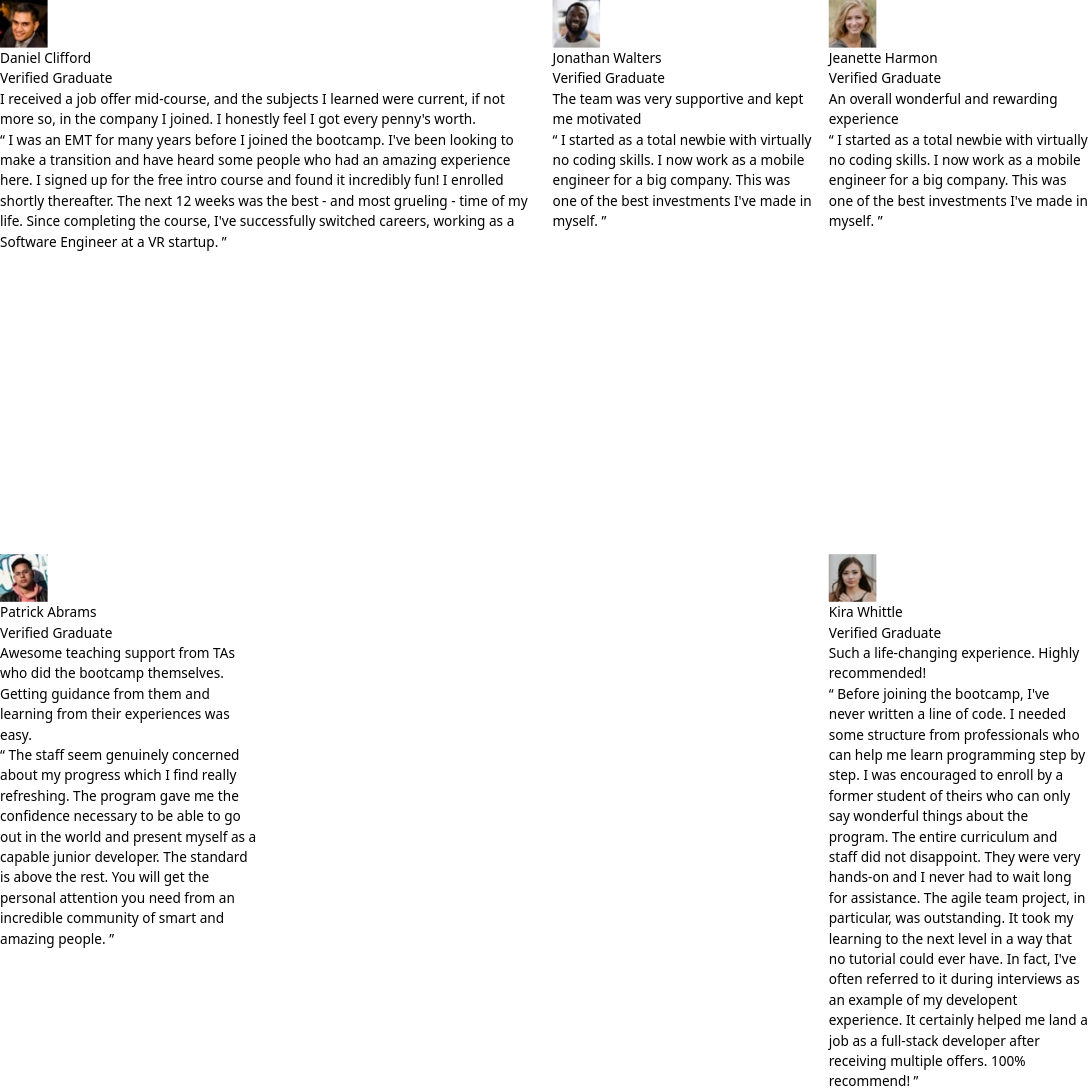
Repository: DiyBookOfLife/ps-FrontendMentor
Page: index.html
These files come from the project's save history. The page is drawn as it stood at one moment and after a run of saves; the edit follows.
The browser window is 1280 px wide. The pictures show the whole page, at 85% of full size.
Some web libraries are served in a nearby version.

Above is the page before, as saved 2026-01-02 13:17:04.

### index.html
<!DOCTYPE html>
<html lang="en">

<head>
  <meta charset="UTF-8">
  <meta name="viewport" content="width=device-width, initial-scale=1.0">
  <!-- displays site properly based on user's device -->

  <link rel="icon" type="image/png" sizes="32x32" href="./images/favicon-32x32.png">

  <title>Frontend Mentor | [Challenge Name Here]</title>

  <link rel="preconnect" href="https://fonts.googleapis.com">
  <link rel="preconnect" href="https://fonts.gstatic.com" crossorigin>
  <link href="https://fonts.googleapis.com/css2?family=Barlow+Semi+Condensed:ital,wght@0,100;0,200;0,300;0,400;0,500;0,600;0,700;0,800;0,900;1,100;1,200;1,300;1,400;1,500;1,600;1,700;1,800;1,900&display=swap" rel="stylesheet">

  <!-- <link rel="stylesheet" href="./styles.css"> -->
  <script src="https://cdn.tailwindcss.com"></script>
</head>

<body>
  <main>
    <section class="grid grid-cols-4 grid-rows-2 gap-[20px]">
      <div class="col-start-1 col-end-3">
        <div class="profile">
          <img src="./images/image-daniel.jpg" alt="picture of daniel">
          <div>
            <div>Daniel Clifford</div>
            <div>Verified Graduate</div>
          </div>
        </div>

        <p>
          I received a job offer mid-course, and the subjects I learned were current, if not more so,
          in the company I joined. I honestly feel I got every penny's worth.
        </p>

        <p>
          “ I was an EMT for many years before I joined the bootcamp. I've been looking to make a
          transition and have heard some people who had an amazing experience here. I signed up
          for the free intro course and found it incredibly fun! I enrolled shortly thereafter.
          The next 12 weeks was the best - and most grueling - time of my life. Since completing
          the course, I've successfully switched careers, working as a Software Engineer at a VR startup. ”
        </p>
      </div>

      <div class="card" id="jonathan_card">
        <div class="profile">
          <img src="./images/image-jonathan.jpg" alt="picture of jonathan">
          <div>
            <div>Jonathan Walters</div>
            <div>Verified Graduate</div>
          </div>
        </div>

        <p>
          The team was very supportive and kept me motivated
        </p>

        <p>
          “ I started as a total newbie with virtually no coding skills. I now work as a mobile engineer
          for a big company. This was one of the best investments I've made in myself. ”
        </p>
      </div>



      <div class="card" id="jeanette_card">
        <div class="profile">
          <img src="./images/image-jeanette.jpg" alt="picture of jeanette">
          <div>
            <div>Jeanette Harmon</div>
            <div>Verified Graduate</div>
          </div>
        </div>

        <p>
          An overall wonderful and rewarding experience
        </p>

        <p>
          “ I started as a total newbie with virtually no coding skills. I now work as a mobile engineer
          for a big company. This was one of the best investments I've made in myself. ”
        </p>
      </div>


      <div class="card" id="patrick_card">
        <div class="profile">
          <img src="./images/image-patrick.jpg" alt="picture of patrick">
          <div>
            <div>Patrick Abrams</div>
            <div>Verified Graduate</div>
          </div>
        </div>

        <p>
          Awesome teaching support from TAs who did the bootcamp themselves. Getting guidance from them and
          learning from their experiences was easy.
        </p>

        <p>
          “ The staff seem genuinely concerned about my progress which I find really refreshing. The program
          gave me the confidence necessary to be able to go out in the world and present myself as a capable
          junior developer. The standard is above the rest. You will get the personal attention you need from
          an incredible community of smart and amazing people. ”
        </p>
      </div>



      <div class="col-start-4 col-end-5">
        <div class="profile">
          <img src="./images/image-kira.jpg" alt="picture of kira">
          <div>
            <div>Kira Whittle</div>
            <div>Verified Graduate</div>
          </div>
        </div>

        <p>
          Such a life-changing experience. Highly recommended!
        </p>

        <p>
          “ Before joining the bootcamp, I've never written a line of code. I needed some structure from
          professionals who can help me learn programming step by step. I was encouraged to enroll by a former
          student of theirs who can only say wonderful things about the program. The entire curriculum and staff
          did not disappoint. They were very hands-on and I never had to wait long for assistance. The agile team
          project, in particular, was outstanding. It took my learning to the next level in a way that no tutorial
          could ever have. In fact, I've often referred to it during interviews as an example of my developent
          experience. It certainly helped me land a job as a full-stack developer after receiving multiple offers.
          100% recommend! ”
        </p>
      </div>

    </section>
  </main>
</body>

</html>

After the next 2 saves:
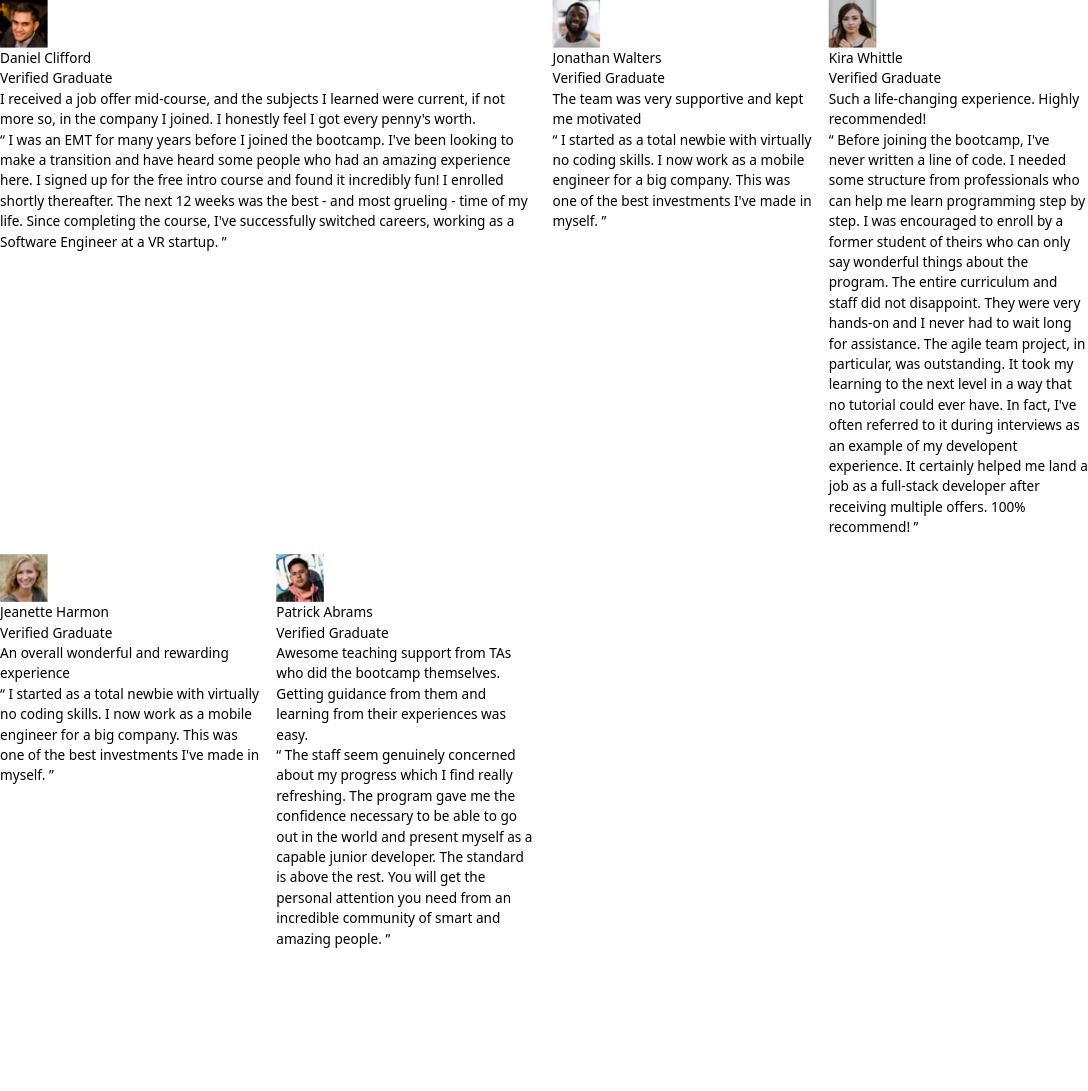
The 2 saves are shown as one change because they came seconds apart.
The last was saved 35 s later.
--- a/index.html
+++ b/index.html
@@ -109,7 +109,7 @@
 
 
 
-      <div class="col-start-4 col-end-5">
+      <div class="col-start-4 col-end-5 row-start-1">
         <div class="profile">
           <img src="./images/image-kira.jpg" alt="picture of kira">
           <div>
